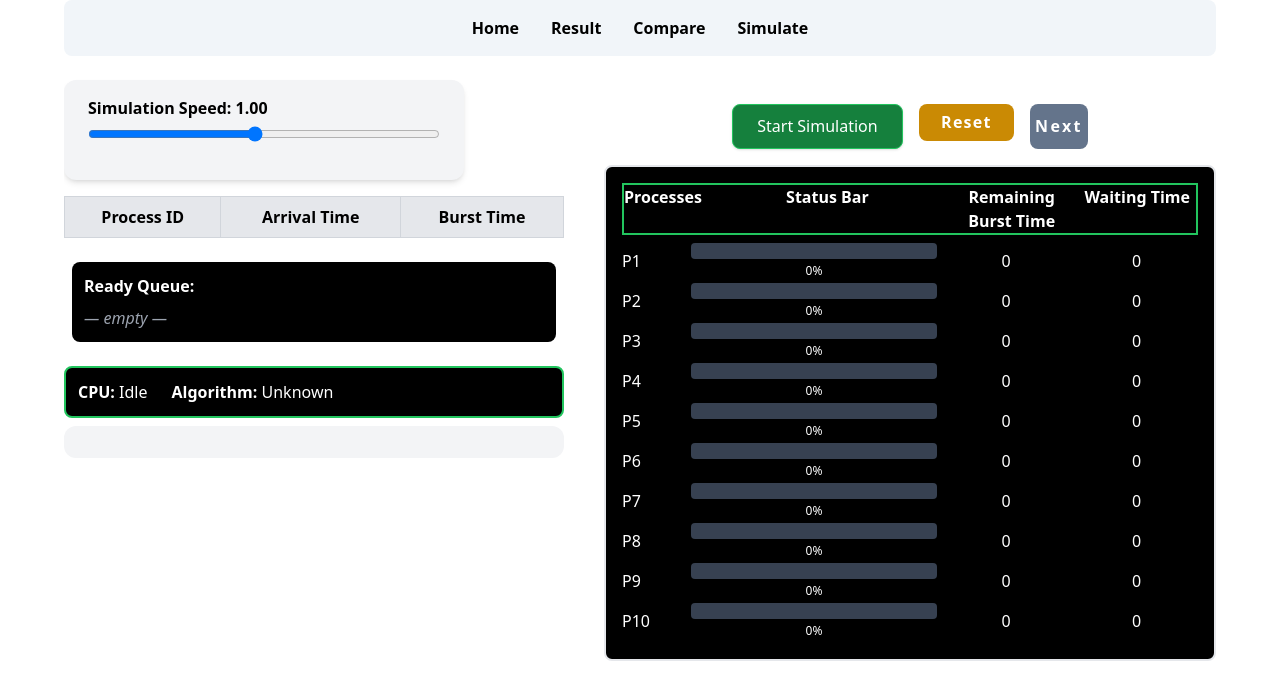
Repository: ujjwalkathait/Process_Scheduler
Page: /simulate
These files come from the project's save history. The page is drawn as it stood at one moment and after the next save; the edit follows.
The browser window is 1280 px wide. The pictures show the whole page.
The project was rebuilt for these pictures with package versions that can differ from the ones it lists, and the page was loaded fresh each time. Also part of the build but not shown: vite.config.js, src/components/CompareAlgorithmsChart.jsx, src/components/GanttChart.jsx, src/components/GanttChartTable.jsx, src/components/ProcessData.jsx, src/components/ProcessTable.jsx, src/components/PerformanceMetrics.jsx, src/components/SelectAlgorithm.jsx and 3 more.

Above is the page before, as saved 2025-05-18 11:19:15.

After the next save:
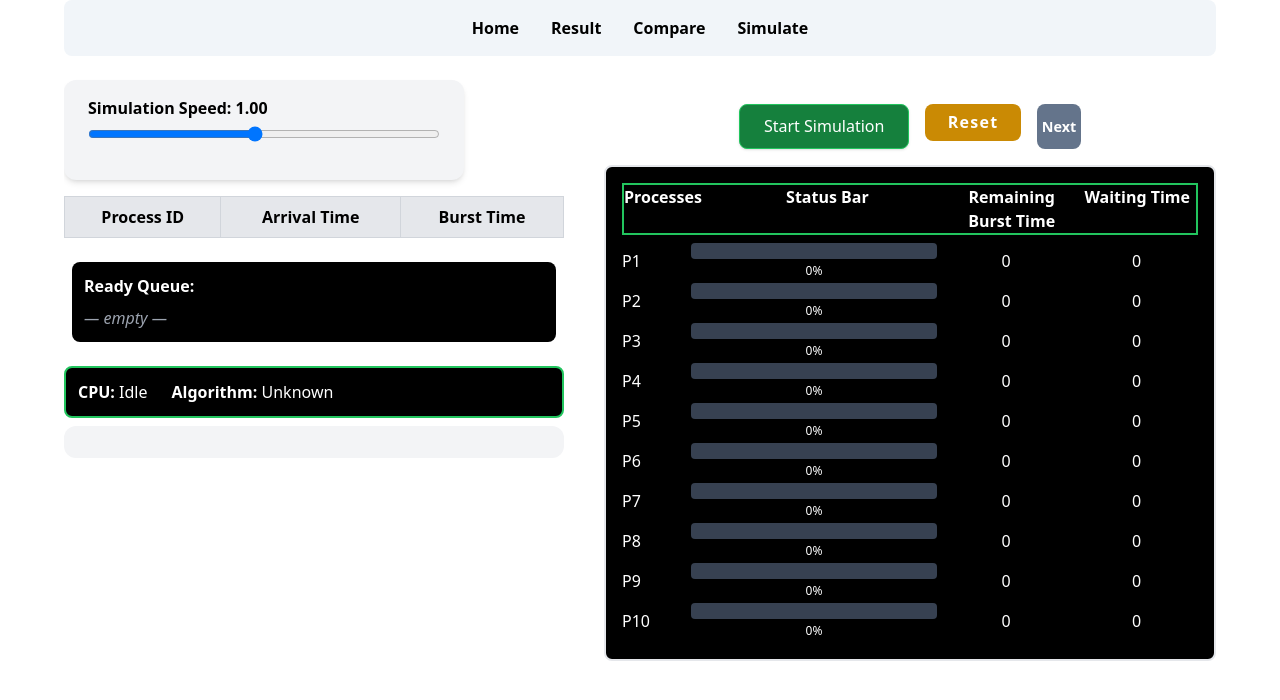
Saved 37 s later.
--- a/src/components/NavigationButtons.jsx
+++ b/src/components/NavigationButtons.jsx
@@ -38,7 +38,7 @@
       </button>
 
       <button
-        className={`simulate bg-slate-500 hover:bg-slate-600  font-bold text-[0.9rem] text-center text-white p-[0.3rem] rounded-lg focus:outline-none`}
+        className={`bg-slate-500 hover:bg-slate-600  font-bold text-[0.9rem] text-center text-white p-[0.3rem] rounded-lg focus:outline-none`}
         type="submit"
         onClick={e => {
             e.preventDefault();

After the save that followed:
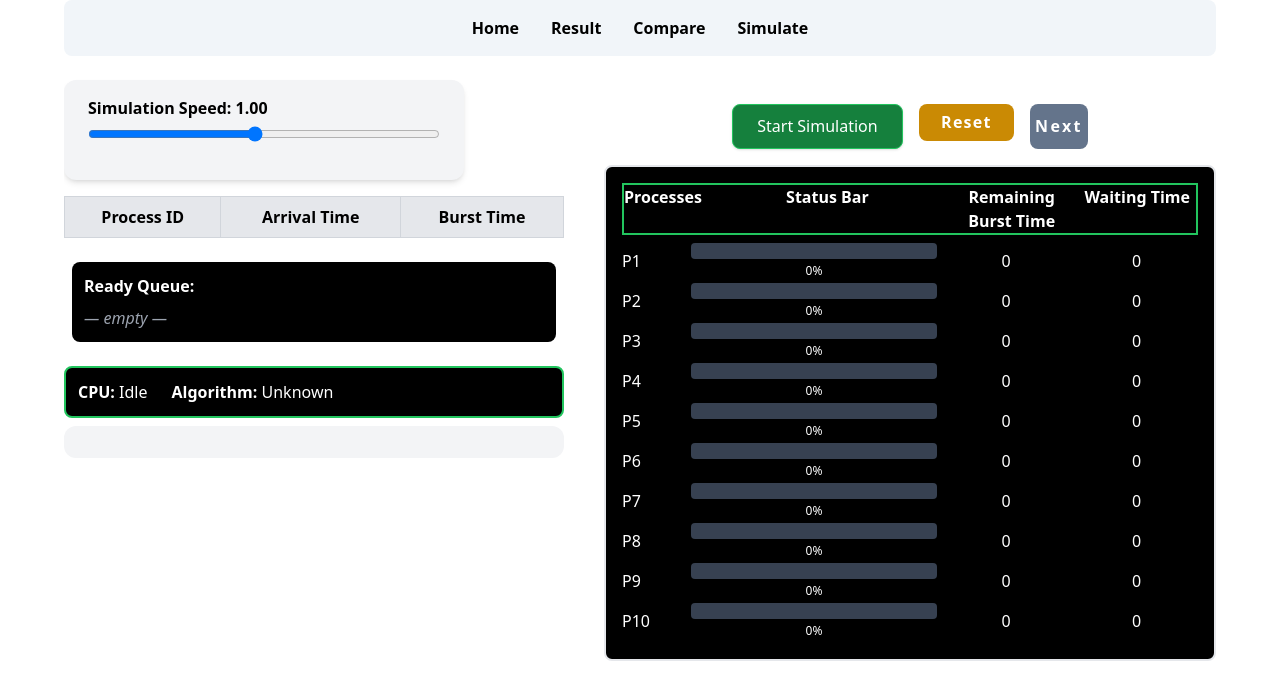
Saved 15 s later.
--- a/src/components/NavigationButtons.jsx
+++ b/src/components/NavigationButtons.jsx
@@ -38,7 +38,7 @@
       </button>
 
       <button
-        className={`bg-slate-500 hover:bg-slate-600  font-bold text-[0.9rem] text-center text-white p-[0.3rem] rounded-lg focus:outline-none`}
+        className={`simulate bg-slate-500 hover:bg-slate-600  font-bold text-[0.9rem] text-center text-white p-[0.3rem] rounded-lg focus:outline-none`}
         type="submit"
         onClick={e => {
             e.preventDefault();
